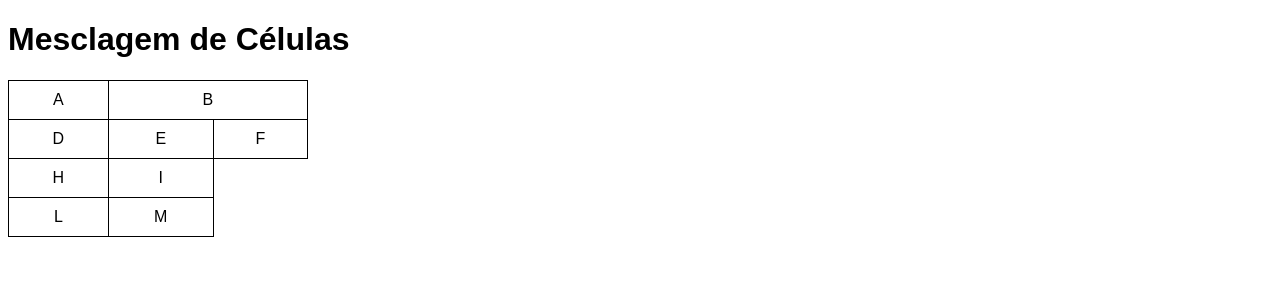
Repository: ClaytonEduard/cursoemvideo
Page: html-css/ex023/tabela003.html
These files come from the project's save history. The page is drawn as it stood at one moment and after the next save; the edit follows.
The browser window is 1280 px wide. The pictures show the whole page.

Above is the page before, as saved 2022-12-08 16:51:07.

After the next save:
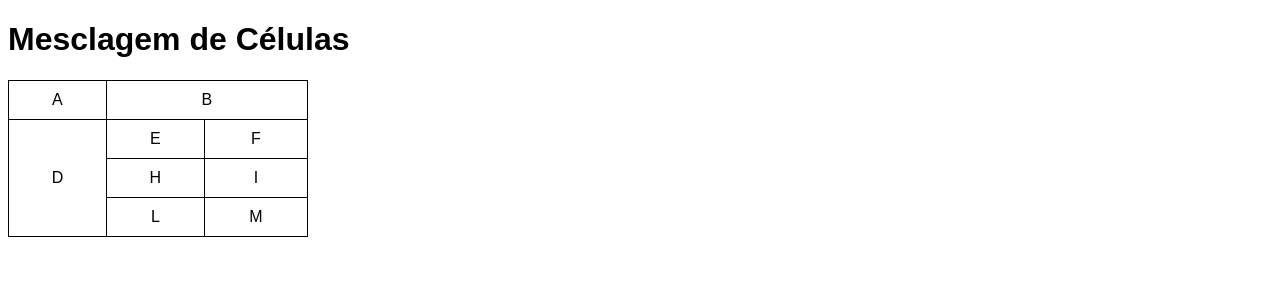
Saved 8 s later.
--- a/html-css/ex023/tabela003.html
+++ b/html-css/ex023/tabela003.html
@@ -35,7 +35,7 @@
 
         </tr>
         <tr>
-            <td>D</td>
+            <td rowspan="3" >D</td>
             <td>E</td>
             <td>F</td>
         </tr>
